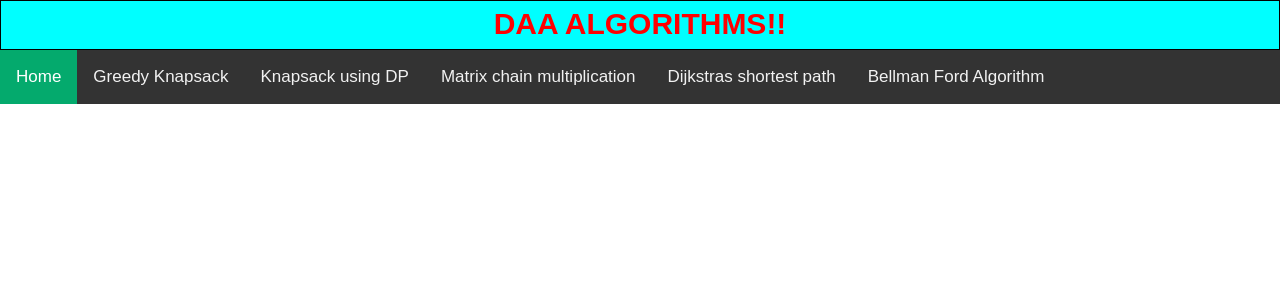
Repository: vinaybabu3962/ALGORITHMIC-TOOLBOX
Page: DAA_WT/webapp/index.html
An editor plug-in stored every save of this project. The page is shown before and after the next save, followed by the edit.
The browser window is 1280 px wide. The pictures show the whole page.

Above is the page before, as saved 2021-07-05 12:21:51.

### DAA_WT/webapp/index.html
<!DOCTYPE html>
<html>
<head>
<meta charset="ISO-8859-1">
<title>Main Page</title>
<link rel="stylesheet" href="https://cdn.jsdelivr.net/npm/bootstrap@5.0.2/dist/css/bootstrap.min.css" integrity="sha384-EVSTQN3/azprG1Anm3QDgpJLIm9Nao0Yz1ztcQTwFspd3yD65VohhpuuCOmLASjC" crossorigin="anonymous">
<script src="https://cdn.jsdelivr.net/npm/bootstrap@5.0.2/dist/js/bootstrap.min.js" integrity="sha384-cVKIPhGWiC2Al4u+LWgxfKTRIcfu0JTxR+EQDz/bgldoEyl4H0zUF0QKbrJ0EcQF" crossorigin="anonymous"></script>
<script src="https://cdn.jsdelivr.net/npm/bootstrap@5.0.2/dist/js/bootstrap.bundle.min.js" integrity="sha384-MrcW6ZMFYlzcLA8Nl+NtUVF0sA7MsXsP1UyJoMp4YLEuNSfAP+JcXn/tWtIaxVXM" crossorigin="anonymous"></script>
<meta name="viewport" content="width=device-width, initial-scale=1">
<style>
body {
  margin: 0;
  font-family: Arial, Helvetica, sans-serif;
}

.topnav {
  overflow: hidden;
  background-color: #333;
}

.topnav a {
  float: left;
  color: #f2f2f2;
  text-align: center;
  padding: 14px 16px;
  text-decoration: none;
  font-size: 17px;
}

.topnav a:hover {
  background-color: #ddd;
  color: black;
}

.topnav a.active {
  background-color: #04AA6D;
  color: white;
}
</style>
</head>
<body>
<div class="header" style="color:red;font-weight:bold;font-size:30px;border:1px solid black;background-color:cyan;height:50px;text-align:center;">
	DAA ALGORITHMS!!
</div>
<div class="topnav">
  <a class="active" href="#home">Home</a>
  <a href="GreedyKnapsack.html">Greedy Knapsack</a>
  <a href="KnapSackDP.html">Knapsack using DP</a>
  <a href="MatrixChainMultiplication.html">Matrix chain multiplication</a>
  <a href="Dijkstras.html">Dijkstras shortest path</a>
  <a href="BellmanFord.html">Bellman Ford Algorithm</a>
</div>
</body>
</html>

After the next save:
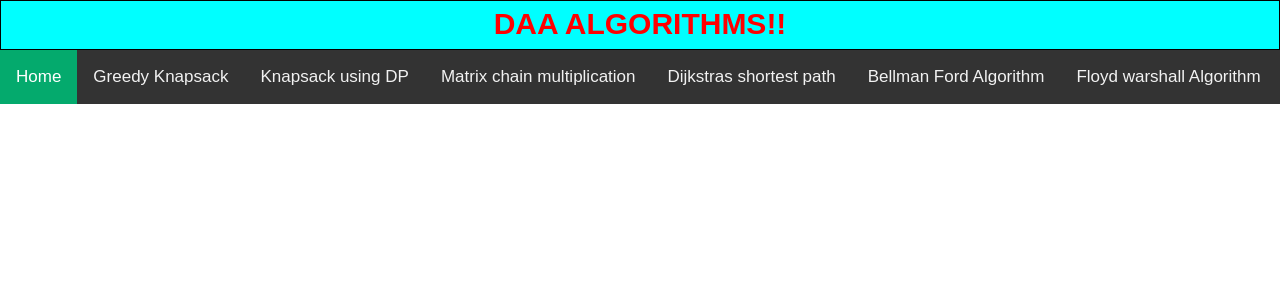
Saved 6 min 20 s later.
--- a/DAA_WT/webapp/index.html
+++ b/DAA_WT/webapp/index.html
@@ -49,6 +49,7 @@ body {
   <a href="MatrixChainMultiplication.html">Matrix chain multiplication</a>
   <a href="Dijkstras.html">Dijkstras shortest path</a>
   <a href="BellmanFord.html">Bellman Ford Algorithm</a>
+  <a href="FloydWarshall.html">Floyd warshall  Algorithm</a>
 </div>
 </body>
 </html>
